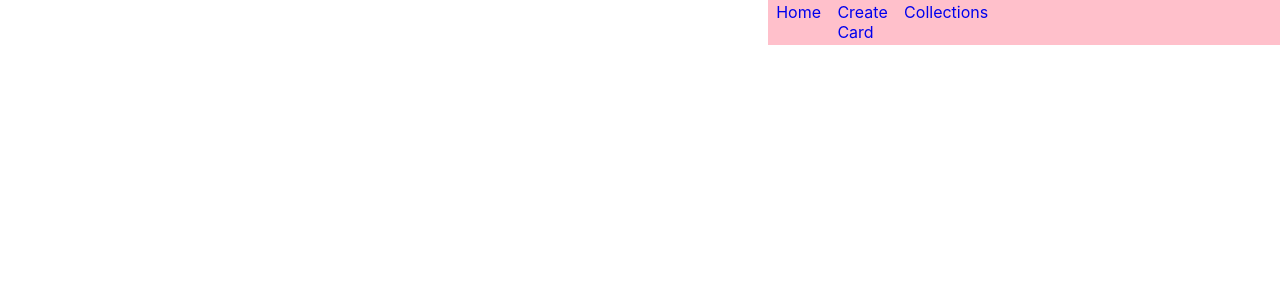
Repository: MikeTroianello/phos-react
Page: /
The author's editor kept a copy of each file at every save. The page is drawn from the files as they stood at one save, then again after the next save.
The browser window is 1280 px wide. The pictures show the whole page.
The project was rebuilt for these pictures with package versions that can differ from the ones it lists, and the page was loaded fresh each time. A package was used in the major version that the imports need, not the one package.json lists. Also part of the build but not shown: src/App.css, src/components/card/Card.js.

Above is the page before, as saved 2020-06-02 16:34:01.

### src/App.js
import React from 'react';
import logo from './logo.svg';
import './App.css';
import Card from './components/card/Card';
import Main from './components/main/Main.js';

function App() {
  return <Main />;
}

export default App;

### src/components/main/Main.js
import React from 'react';
import Navbar from '../navbar/Navbar';
import { Route, Switch } from 'react-router-dom';
import Card from '../card/Card';

const Main = () => {
  return (
    <div>
      <Navbar />
      <Switch>
        <Route exact path='/card' render={(props) => <Card {...props} />} />
      </Switch>
    </div>
  );
};

export default Main;

### src/components/card/card.css
.homepage-top {
  display: flex;
  justify-content: space-evenly;
  flex-wrap: wrap;
  height: 82vh;
}

@media (min-width: 427px) and (max-width: 976px) {
  .homepage-top {
    height: 150vh;
    background-position: 0% 22%;
  }
}

/* @media (max-width: 427px) {
  .homepage-top {
    height: 1200px;
    background-position: 0% 22%;
  }
} */

.homepage-greet {
  margin-top: 6vh;
}

.homepage-greet h1 {
  font-size: 6em;
}

.homepage-greet p {
  font-size: 2em;
}

.homepage-separation {
  height: 1vh;
  width: auto;
  background-color: rgba(148, 151, 168, 0.9);
  margin-top: -1vh;
}

.homepage-sad {
  margin: 5vw;
  /* margin-left: 5vw; */
}

.homepage-sad h2 {
  font-size: 5em;
  text-align: center;
}

.homepage-sad h4 {
  font-size: 2.5em;
  text-align: center;
  margin: 10vw;
}

.homepage-sad p {
  font-size: 1.75em;
  text-align: center;
}

.homepage-sunlog {
  display: flex;
  justify-content: space-between;
  flex-wrap: wrap;
}

.sunlog-description {
  margin-left: 5vw;
  text-align: center;
  max-width: 700px;
}

.sunlog-description h2 {
  font-size: 3em;
}

.sunlog-description p {
  font-size: 1.3em;
  margin: 7vh 0;
}

.sunlog-example {
  display: flex;
  flex-direction: column;
  /* max-width: 98%; */
  padding: 1%;
}

.sunlog-example h4 {
  text-align: center;
  margin: 0 0 2vh 0;
}

.sunlog-create {
  margin: 10vh 0;
}

.footer {
  /* position: absolute; */
  /* bottom: 0;
  width: 100%; */
  border-top: 1px solid black;
  display: flex;
  justify-content: space-evenly;
  background-color: rgb(119, 159, 219);
  overflow: auto;
}

.footer-button {
  margin: 3vh 0;
  height: 50%;
  width: 122px;
  font-size: 1em;
  background-color: rgb(224, 242, 243);
}

.footer-button:hover {
  transition: 0.25s;
  background-color: rgb(183, 207, 218);
}

/* .footer-contact {
  text-align: center;
} */

/* FOR THE FOOTER LOGO */

.footer-logo {
  display: flex;
  align-items: center;
  /* color: white; */
  padding: 1px 6px 0;
  font-weight: bold;
  border-style: solid;
  /* border-color: White; */
  width: 40px;
  /* border-width: 2px; */
  margin: 30px 0;
}

.mt-logo {
  margin: 3px 0;
  text-align: center;
}

/* EVERYTHING BELOW HERE IS FOR THE CARD FLIP ANIMATION AND POSSIBLY A VIDEO PLAYER */

.signup-login-container {
  margin: 5vh 0 0 0;
  display: flex;
  flex-direction: column;
  max-width: 425px;
  align-items: center;

  /* color: green; */
}

.create-button {
  width: 90%;
  height: 50px;
  border-radius: 1ch;
  font-size: 1.8em;
  margin: 15vh 0 0 0;
  /* background-color: rgba(93, 87, 87, 0.7); */
  background-color: rgba(180, 194, 60, 0.75);
}

@media (min-height: 760px) {
  .create-button {
    margin: 18vh 0 0 0;
  }
}

@media (min-width: 450px) and(max-width: 580px) {
  .homepage-greet h1 {
    font-size: 5em;
  }
  .homepage-greet p {
    text-align: center;
  }
}

@media (max-width: 450px) {
  .homepage-greet h1 {
    font-size: 4em;
  }

  .homepage-greet p {
    text-align: center;
  }
}

.create-button:hover {
  transition: 0.3s;
  background-color: rgba(93, 87, 87, 0.8);
}

.container {
  width: 420px;
  height: 345px;
  position: relative;
  -webkit-perspective: 1000px;
  -moz-perspective: 1000px;
  -o-perspective: 1000px;
  perspective: 1000px;
}
.card {
  width: 100%;
  height: 100%;
  position: absolute;

  -webkit-transition: -webkit-transform 1s;
  -moz-transition: -moz-transform 1s;
  -o-transition: -o-transform 1s;
  transition: transform 1s;
  -webkit-transform-style: preserve-3d;
  -moz-transform-style: preserve-3d;
  -o-transform-style: preserve-3d;
  transform-style: preserve-3d;
  -webkit-transform-origin: 50% 50%;
}

.card-div {
  display: block;
  height: 100%;
  width: 100%;
  /*     line-height: 260px; */
  /*     color: white; */
  text-align: center;
  font-weight: bold;
  /*     font-size: 140px; */
  position: absolute;
  -webkit-backface-visibility: hidden;
  -moz-backface-visibility: hidden;
  -o-backface-visibility: hidden;
  backface-visibility: hidden;
}
.card .front {
  /* background: red; */
  /* background-color: rgba(255, 255, 255, 0.2); */
}
.card .back {
  /* background: blue; */
  /* background-color: rgba(255, 255, 255, 0.2); */
  -webkit-transform: rotateY(180deg);
  -moz-transform: rotateY(180deg);
  -o-transform: rotateY(180deg);
  transform: rotateY(180deg);
}
.card.flipped {
  -webkit-transform: rotateY(180deg);
  -moz-transform: rotateY(180deg);
  -o-transform: rotateY(180deg);
  transform: rotateY(180deg);
}

/* FOR THE VIDEO */

#myVideo {
  position: fixed;
  right: 0;
  bottom: 0;
  min-width: 100%;
  min-height: 100%;
}

/* Add some content at the bottom of the video/page */
.content {
  position: fixed;
  bottom: 0;
  background: rgba(0, 0, 0, 0.5);
  color: #f1f1f1;
  width: 100%;
  padding: 20px;
}

/* Style the button used to pause/play the video */
#myBtn {
  width: 200px;
  font-size: 18px;
  padding: 10px;
  border: none;
  background: #000;
  color: #fff;
  cursor: pointer;
}

#myBtn:hover {
  background: #ddd;
  color: black;
}

@media (max-width: 426px) {
  .container {
    max-width: 315px;
    perspective: 0px;
  }

  .create-button {
    margin: 3vh 0 0 0;
  }

  .signup-login-container {
    margin: 0;
  }

  .homepage-top {
    height: 136vh;
  }

  .create-button {
    width: 100%;
    height: auto;
  }

  .signup {
    height: 340px;
  }
}

@media (max-width: 375px) {
  .homepage-sad {
    margin: 0;
    text-align: center;
  }

  .sunlog-description {
    margin: 0;
  }
}

@media (max-width: 470px) {
  .footer-button {
    display: none;
  }

  .footer-contact {
    font-size: 0.8em;
    text-align: start;
    margin-top: 17px;
  }

  .footer-contact p {
    margin: 7px 0 0;
  }

  .footer-logo {
  }
}

/* NAVBAR */

.navbar {
  display: flex;
  justify-content: space-between;
  align-items: center;
  border-bottom: 1px solid black;
  height: 10vh;
  position: fixed;
  width: 100%;
  top: 0;
  background-color: rgb(142, 194, 234);
  /* background-color: rgb(180, 214, 241) */
  z-index: 1;
  /* overflow: hidden; */
}

.nav-links {
  display: flex;
  justify-content: space-around;
  width: 50%;
}

@media (min-width: 730px) and (max-width: 850px) {
  .nav-links {
    width: 60%;
  }
}
@media (min-width: 427px) and (max-width: 730px) {
  .nav-links {
    width: 80%;
    font-size: 0.75em;
  }

  .logged-in-user {
    font-size: 0.75em;
  }
}

@media (max-width: 426px) {
  .nav-links {
    width: 100%;
    font-size: 0.75em;
  }

  .logged-in-user {
    display: none;
  }
}

.logged-in-user {
  margin: 0 0 0 2vw;
}

.nav-links a {
  color: black;
  text-decoration: none;
  font-size: 1.5em;
}

.nav-links a:hover {
  transition: 0.2s;
  color: rgb(1, 24, 128);
  /* text-decoration: underline; */
}

.chosen {
  color: rgb(30, 4, 95);
  text-decoration: underline;
}

.App {
  text-align: center;
  margin-top: 10vh;
}

.App-header {
  background-color: #282c34;
  min-height: 100vh;
  display: flex;
  flex-direction: column;
  align-items: center;
  justify-content: center;
  font-size: calc(10px + 2vmin);
  color: white;
}

.App-link {
  color: #09d3ac;
}

h1 {
  text-align: center;
}

i {
  text-align: center;
}

a {
  text-decoration: none;
}

.top-push {
  margin-top: 12.25vh;
}

/* CREATE LOGS */

.log-head {
  /* display: flex; */
  border-bottom: 1px solid black;
}

.log-head > span {
  justify-content: space-between;
  margin: -21px 0px 0px;
}

.name-and-gender {
  display: flex;
  justify-content: space-around;
  align-items: center;
  /* border: 1px solid black; */
  /* justify-content: space-evenly; */
}

.name-and-gender > div {
  width: 30%;
}

.name-box {
  min-width: 45%;
  text-align: center;
}

@media (max-width: 375px) {
  .name-box {
    font-size: 0.75em;
  }
}

.weather-box {
  text-align: center;
  margin-top: -3.5%;
  /* max-width: 45%; */
  /* border-bottom: 1px solid black; */
  /* border-left: 1px solid black; */
  /* border-radius: 2%; */
}

.weather-box > p {
  /* max-width: 45%; */

  font-size: 0.75em;
  margin-top: 7px;
  margin-bottom: 2px;
}

.weather-icon {
  margin: -43px 0px -36px;
  /* margin: -41px 15px -36px; */
  /* border: 1px solid black; */
  /* FOR MOBILE margin:-6.7vh 4.98vw */
}

.gradient {
  background: rgb(2, 10, 46);
  background: linear-gradient(
    90deg,
    rgba(2, 10, 46, 1) 0%,
    rgba(12, 35, 135, 1) 30%,
    rgba(87, 139, 53, 1) 59%,
    rgba(255, 195, 66, 1) 100%
  );
}

.red {
  color: red;
  text-align: center;
}
.false {
  color: red;
  text-align: center;
}

.green {
  color: rgb(16, 116, 16);
  text-align: center;
}

.black {
  color: black;
  text-align: center;
}

/* VIEW ALL LOGS PAGE */

.view-header {
  display: flex;
  flex-wrap: wrap;
  justify-content: space-evenly;
  /* border-bottom: 1px dotted black; */
}

.view-header > div > h1 {
  margin: 0px 0 4vh 0;
}

.create-log-link {
  text-align: center;
}

.log-box {
  display: flex;
  flex-wrap: wrap;
  justify-content: space-evenly;
}

.log {
  border: 1px solid black;
  margin: 5vh 1.4vw;
  padding: 0 1vw;
  border-radius: 10px;
  width: 550px;
  box-shadow: 2px 2px #9398a2;
  background-color: #baccf1;
  /* min-width: 420px; */
}

.mock-log {
  border: 1px solid black;
  margin: 5vh 1.4vw;
  padding: 0 1vw;
  border-radius: 10px;
  max-width: 550px;
  box-shadow: 2px 2px #9398a2;
  background-color: #baccf1;
}

.log h2 {
  text-align: center;
}

.weather-audit {
  border: 1px solid black;
  margin: 1vh;
  padding: 0 1vw;
  max-width: 500px;
}

.header {
  display: flex;
  justify-content: space-between;
  border-bottom: 1px dashed black;
  text-align: center;
}

.header > span {
  font-size: 16px;
  width: 25%;
  font-weight: bold;
  text-align: center;
}

.weather-average-header {
  display: flex;
  justify-content: space-between;
  text-align: center;
}

.weather-average-header span {
  width: 22%;
  text-align: center;
}

.filter-box {
  display: flex;
  flex-wrap: wrap;
  justify-content: space-around;
  align-items: center;
  border-top: 1px dotted black;
}

.gender-filter {
  text-align: center;
}

.gender-filter button {
  background-color: rgb(233, 30, 99);
  border-radius: 50%;
  height: 50px;
  width: 100px;
  font-size: 1em;
}

.gender-filter button:hover {
  transition: 0.2s;
  background-color: rgb(240, 97, 130);
}

.view-default-logs {
  background-color: rgba(234, 60, 100, 1);
  height: 50px;
  font-size: 1em;
  font-weight: bold;
  border-radius: 3ch;
  margin-top: 1vh;
}

.view-default-logs:hover {
  transition: 0.2s;
  background-color: rgb(240, 97, 130);
}

.gender {
  margin-left: 2vw;
  /* text-align: end; */
}

.mood-and-productivity {
  display: flex;
  justify-content: space-evenly;
  text-align: center;
}

.mood-and-productivity > h3 {
  width: 40%;
  /* display: flex;
  justify-content: space-between; */
  border: 1px solid black;
}

.mood-and-productivity > h3 > p {
  color: red;
}

/* SIGNUP */
.signup {
  border: 2px solid black;
  overflow: hidden;
  background-color: rgba(250, 250, 250, 0.55);
  border-radius: 17px;
  display: flex;
  flex-direction: column;
  /* justify-content: flex-end; */
  min-height: 300px;
  height: 333px;
  max-width: 400px;
  margin: 2vw 0;
  padding: 2vh 1vw 0;
}

@media (min-height: 760px) {
  .signup {
    height: 365px;
  }
}

/* .signup > form {
  min-height: 280px;
} */

.signup-button {
  display: flex;
  /* align-items: flex-end; */
  justify-content: center;
}

.signup-button > button {
  margin-top: 1vh;
  font-size: 2em;
  height: 50px;
  width: 60%;
  border-radius: 1ch;
  margin-bottom: 2vh;
  background-color: rgba(114, 185, 240, 0.75);
}

.signup-button > button:hover {
  transition: 0.3s;
  background-color: rgba(114, 185, 240, 0.9);
}

.login-button {
  display: flex;
  /* align-items: flex-end; */
  justify-content: center;
}

.login-button > button {
  margin-top: 6vh;
  font-size: 2em;
  height: 50px;
  width: 60%;
  border-radius: 1ch;
  margin-bottom: 3vh;
  background-color: rgba(114, 185, 240, 0.75);
}

.login-button > button:hover {
  transition: 0.3s;
  background-color: rgba(114, 185, 240, 0.9);
}

.signup-header {
  text-align: center;
  font-size: 1.66em;
  margin-bottom: 2vh;
}

.form-piece {
  display: flex;
  justify-content: space-between;
  margin: 2vh 0;
}

.login-form-piece {
  font-size: 1.5em;
  margin: 20px 0;
}

.signup-message {
  /* margin: 5vh 0; */
  color: red;
  text-align: center;
}

/* THIS IS YOUR PROFILE PAGE */

.profile-header {
  display: flex;
}

.profile-date > span {
  font-size: 1.25em;
}

.cog {
  justify-content: end;
}

.profile-log-head {
  display: flex;
  justify-content: space-around;
}

@media (max-width: 345px) {
  .log h2 {
    font-size: 1em;
  }
}

.profile-mood-box {
  display: flex;
  /* flex-direction: column; */
  justify-content: space-evenly;
  align-items: center;
  flex-wrap: wrap;
}

.no-log-created {
  font-size: 3em;
  text-align: center;
  margin-top: 15vh;
}

.sort-by-age-box {
  display: flex;
  justify-content: center;
}

.sort-by-age {
  height: 50px;
  width: 45%;
  border-radius: 10px;
  font-size: 1.2em;
  background: rgba(69, 140, 216, 0.6);
  margin: 5% 0 0 0;
}

.sort-by-age:hover {
  transition: 0.25s;
  background: rgba(69, 140, 216, 0.9);
}

@media (max-width: 800px) {
  .sort-by-age {
    width: 75%;
  }
}

.weather-box-profile {
  margin-top: -0.5%;
}

@media (max-width: 425px) {
  .view-profile-overall-happiness {
    text-align: center;
  }
}

/* CREATE A LOG */

.create-log-page {
  display: flex;
  justify-content: center;
}

.create-log {
  border: 1px solid black;
  border-radius: 5px;
  margin: 1% 1% 0;
  text-align: center;
  max-width: 450px;
  height: 550px;
}

.create-log-button {
  width: 90%;
  height: 50px;
  border-radius: 1ch;
  font-size: 1.8em;
  margin: 0 0 2vh 0;
  /* background-color: rgba(93, 87, 87, 0.7); */
  background-color: rgba(180, 194, 60, 0.75);
}

.one-through-five-box {
  color: blue;
  font-weight: 100;
}

.one-through-five {
  display: flex;
  justify-content: space-around;
}

.one-through-five > span {
  margin: 12px 0;
  padding: 6px 11px;
  border: 2px solid blue;
  border-radius: 50%;
}

.one-through-five > button {
  margin: 12px 0;
  padding: 6px 11px;
  border: 2px solid blue;
  border-radius: 50%;
}

.one-through-five > #mood {
  color: rgb(15, 120, 218);
  margin: 12px 0;
  padding: 6px 6px;
  border: 2px solid blue;
  border-radius: 50%;
}

.one-through-five > #mood:hover {
  transition: 0.2s;
  background-color: rgba(250, 148, 148, 0.8);
}
.one-through-five > span:hover {
  transition: 0.2s;
  background-color: lightblue;
}

.one-through-five > span:focus {
  background-color: lightcoral;
}

.one-through-five > button:hover {
  transition: 0.2s;
  background-color: lightblue;
}

.one-through-five > button:focus {
  background-color: lightcoral;
}

#mood:target {
  background-color: black;
}

:target {
  background-color: black;
}

/* SETTINGS PAGE */

.settings-top {
  display: flex;
  flex-direction: column;
  justify-content: center;
  align-items: center;
  text-align: center;
}

.settings {
  /* border-left: 1px solid black;
  border-right: 1px solid black; */
  width: 54%;
  border-left: 3px solid black;
  border-right: 3px solid black;
  border-bottom: 2px solid black;
  margin-bottom: 3vh;
  padding: 1%;
  background: #a9c3e0;
}

@media (max-width: 700px) {
  .settings {
    width: 93%;
  }
}

.settings-change-preferences {
  border-top: 2px solid black;
  border-bottom: 2px solid black;
  padding-bottom: 2vh;
  margin-top: 2vh;
}

.settings-change-preferences-button {
  height: 30px;
  width: 27%;
  min-width: 120px;
  border-radius: 10px;
  font-size: 0.85em;
  background: rgba(224, 166, 166, 0.7);
}

.settings-change-preferences-button:hover {
  transition: 0.25s;
  background: rgba(235, 160, 160, 0.95);
}

.settings-change-info {
  display: flex;
  flex-direction: column;
  align-items: center;
  border-bottom: 2px solid black;
  padding-bottom: 2vh;
}

.change-account-sub-box {
  display: flex;
  justify-content: space-between;
  width: 275px;
}

.settings-change-password {
  border-top: 2px solid black;
  margin-top: 2vh;
}

.change-password-super-box {
  display: flex;
  justify-content: center;
}

.change-password-box {
  display: flex;
  flex-direction: column;
  justify-content: center;
  width: 275px;
}

.change-password-sub-box {
  display: flex;
  justify-content: space-between;
}

.settings-change-button {
  color: white;
  font-size: 1em;
  height: 35px;
  width: 30%;
  margin: 6vh 0 3vh;
  border-radius: 1ch;
  background-color: rgba(36, 100, 184, 0.8);
  align-self: center;
}

.settings-change-button:hover {
  transition: 0.2s;
  background-color: rgba(19, 71, 139, 0.8);
}

.delete {
  background-color: rgba(255, 0, 0, 0.75);
  /* box-shadow: 1px 1px rgb(16, 15, 15); */
  font-size: 1.5em;
  height: 52px;
  width: 200px;
  margin: 3%;
  border-radius: 2ch;
  border: 2px solid black;
}

.delete:hover {
  transition: 0.3s;
  background-color: rgba(255, 0, 0, 0.9);
}

.confirmDelete {
  margin: 3vh 0 0 0;
}

/* MOBILE */

@media (min-width: 425px) and (max-width: 770px) {
  .header-productivity {
    width: 27% !important;
  }
}

@media (max-width: 420px) {
  .filter-box > div {
    width: 100%;
    margin: 2vh 0;
    text-align: center;
  }

  .weather-box > p {
    margin-left: 9px;
  }

  .logged-in-user {
    margin: 0 0 0 2vw;
    font-size: 0.7em;
  }

  .create-button {
    width: 90%;
    margin: 8% 5% 2%;
  }

  .header-productivity {
    width: 31% !important;
  }
}

@media (min-width: 370px) and (max-width: 419px) {
  .header-productivity {
    width: 31% !important;
  }
}

@media (max-width: 1500px) {
  .settings-change-button {
    width: 250px;
    /* width: 85%; */
  }
}

### src/components/navbar/Navbar.js
import React from 'react';
import { Link } from 'react-router-dom';

import './navbar.css';

const Navbar = () => {
  return (
    <div>
      <div>
        <Link className='link' to='/'>
          Home
        </Link>
        <Link className='link' to='/create'>
          Create Card
        </Link>
        <Link className='link' to='/collections'>
          Collections
        </Link>
      </div>
    </div>
  );
};

export default Navbar;

### src/components/navbar/navbar.css
div {
  display: flex;
  flex-direction: row;
  justify-content: flex-end;
}

div > div {
  width: 40%;

  justify-content: space-between;
  background-color: pink;
}

.link {
  margin: 3% 10%;
  width: 100%;
}

Loaded but not shown: public/index.html (common file); src/index.js (common file); src/index.css (common file); src/serviceWorker.js (common file)

After the next save:
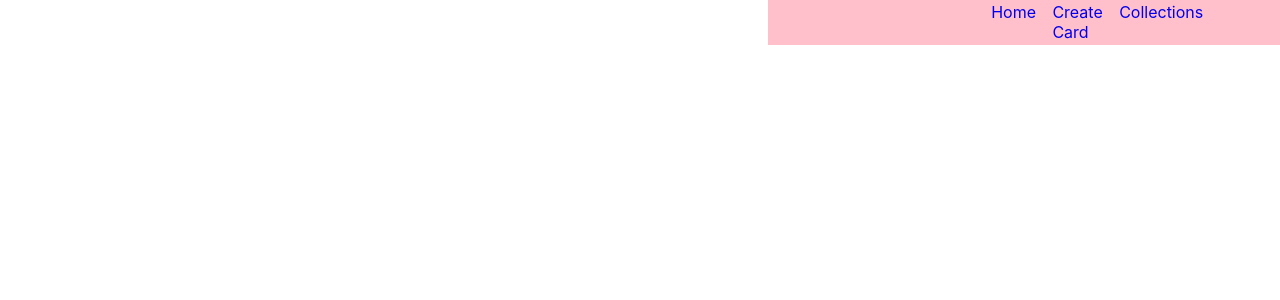
Saved 4 s later.
--- a/src/components/navbar/navbar.css
+++ b/src/components/navbar/navbar.css
@@ -7,7 +7,7 @@ div {
 div > div {
   width: 40%;
 
-  justify-content: space-between;
+  justify-content: space-around;
   background-color: pink;
 }
 
